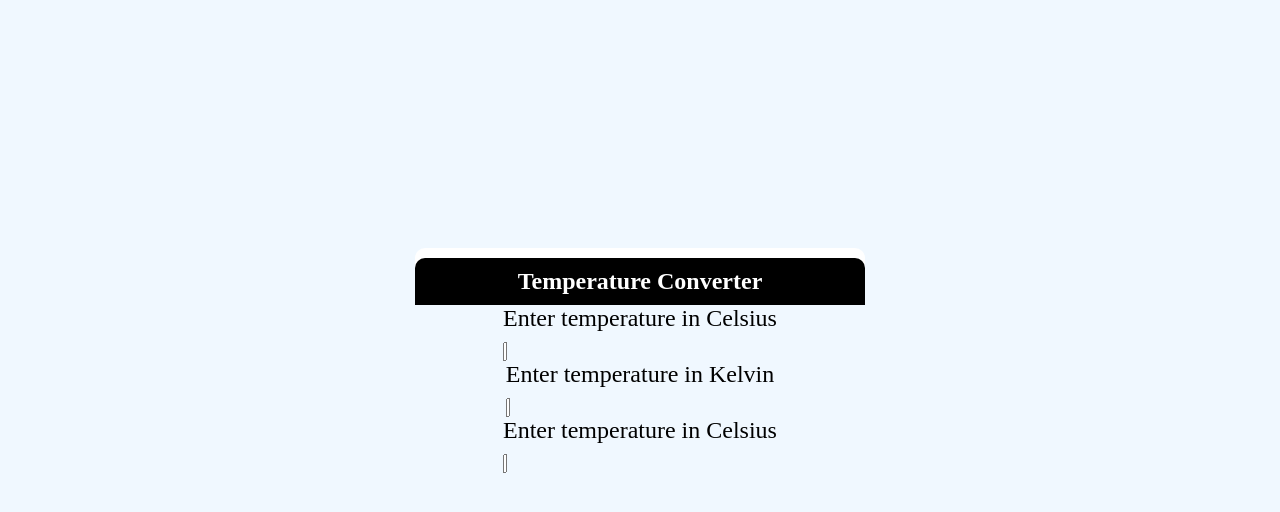
Repository: JunaidAnsari202/Temperature-Converter
Page: index.html
The author's editor kept a copy of each file at every save. The page is drawn from the files as they stood at one save, then again after a run of saves.
The browser window is 1280 px wide. The pictures show the whole page.

Above is the page before, as saved 2024-10-16 13:35:46.
Not found: script,js

### index.html
<!DOCTYPE html>
<html lang="en">
<head>
    <meta charset="UTF-8">
    <meta name="viewport" content="width=device-width, initial-scale=1.0">
    <title>Temperatue converter</title>
    <link rel="stylesheet" href="style.css">
</head>
<body>
  <div class="container">
    <div class="header">
        <h2>Temperature Converter</h2>
    </div>
  </div>
  <div class="input1">
    <label for="input1">  Enter temperature in Celsius </label>
    <input type="number" id="calsius" placeholder="Enter your Temperature">
  </div>
  <div class="input2">
    <label for="input2">  Enter temperature in Kelvin </label>
    <input type="number" id="kelvin" placeholder="Enter your Temperature">
  </div>
  <div class="input3">
    <label for="input3">  Enter temperature in Celsius </label>
    <input type="number" id="farenheit" placeholder="Enter your farenheit">
  </div>
    <script src="script,js"></script>
</body>
</html>

### style.css
*{
    margin: 0;
    padding: 0;
    box-sizing: border-box;
}

body{
    background-color: aliceblue;
    display: flex;
    justify-content: center;
    align-items: center;
    height: 100vh;
    flex-direction: column;

}

.container{
    width: 450px;
    background-color: white;
    border-radius: 10px;
    text-align: center;

}

.header{
    margin-top: 10px;
    background-color: black;
    color: white;
    font-size: 1rem;
    padding: 10px;
    border-radius: 10px 10px 0 0;

}

label{
    display: block;
    font-size: 1.5rem;
    margin-bottom: 10px;
}

input{
    width: 0;
}

After the next 4 saves:
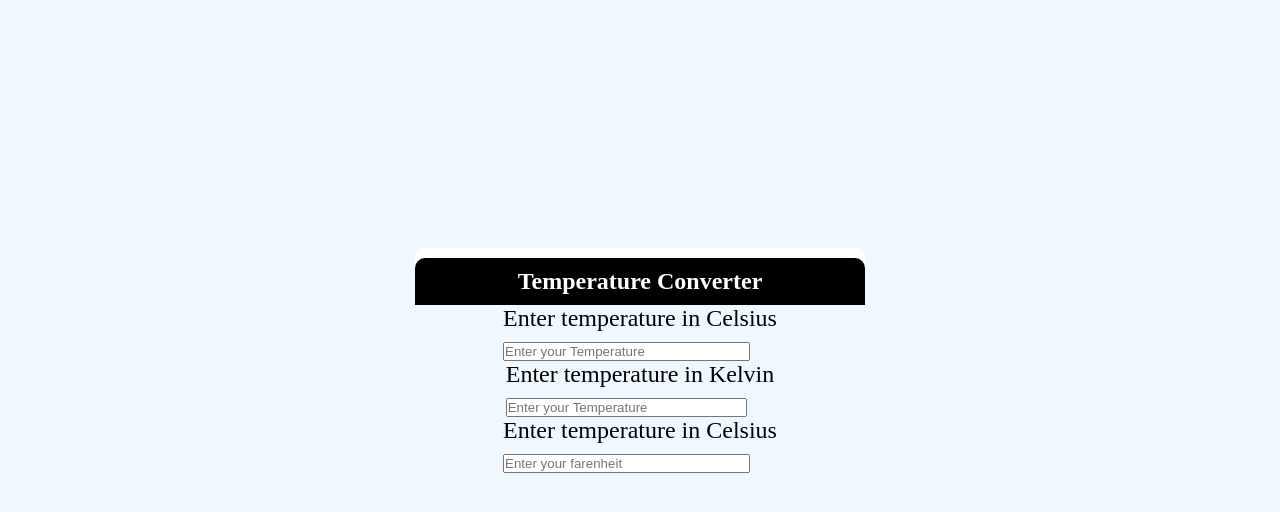
The 4 saves are shown as one change because they came seconds apart.
The last was saved 9 s later.
--- a/style.css
+++ b/style.css
@@ -39,5 +39,6 @@ label{
 }
 
 input{
-    width: 0;
+    width: 90%;
+
 }
